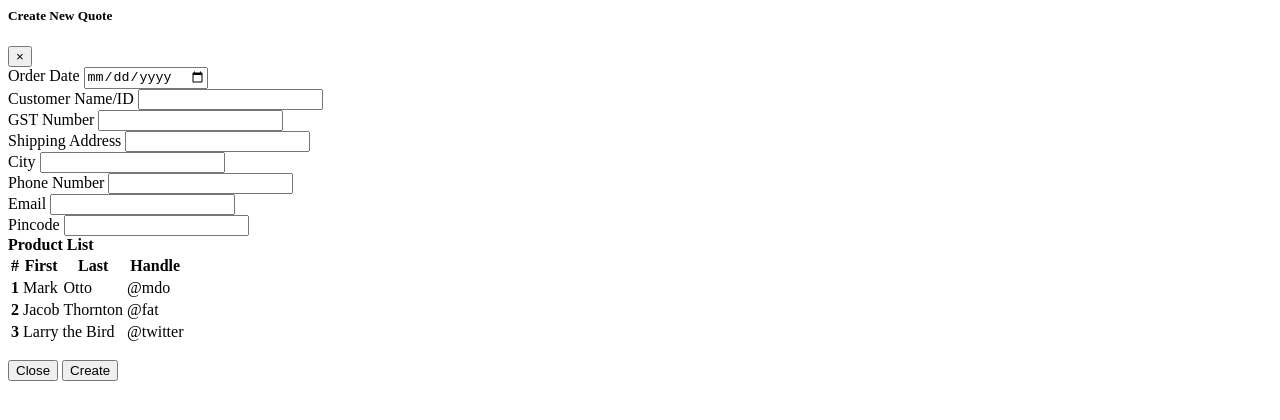
Repository: hrishibhattu/CodeFury-Internal-2
Page: ToYoDo/WebContent/WEB-INF/modal/quote.html
An editor plug-in stored every save of this project. The page is shown before and after the next save, followed by the edit.
The browser window is 1280 px wide. The pictures show the whole page.

Above is the page before, as saved 2021-09-19 06:48:53.

### ToYoDo/WebContent/WEB-INF/modal/quote.html
<!-- modal for creating new quote -->
<div class="modal fade" id="exampleModalCenter" tabindex="-1"
	role="dialog" aria-labelledby="exampleModalCenterTitle"
	aria-hidden="true">
	<div class="modal-dialog modal-dialog-centered modal-lg" role="document">
		<div class="modal-content">
			<div class="modal-header">
				<h5 class="modal-title" id="exampleModalLongTitle">Create New
					Quote</h5>
				<button type="button" class="close" data-dismiss="modal"
					aria-label="Close">
					<span aria-hidden="true">&times;</span>
				</button>
			</div>
			<div class="modal-body">

				<form>
					<div class="form-row">
						<div class="form-group col-md-4">
							<label for="orderdate">Order Date</label> <input type="date"
								class="form-control" id="inputEmail4">
						</div>
						<div class="form-group col-md-4">
							<label for="customerNameID">Customer Name/ID</label> <input type="text"
							class="form-control" id="inputAddress">
						</div>
						<div class="form-group col-md-4">
							<label for="gstNo">GST Number</label> <input type="text"
							class="form-control" id="inputAddress">
						</div>
					</div>
					<div class="form-row">
						<div class="form-group col-md-6">
							<label for="shippingAddress">Shipping Address</label> <input type="text"
							class="form-control" id="inputAddress">
						</div>
						<div class="form-group col-md-6">
							<label for="city">City</label> <input type="text"
							class="form-control" id="city">
						</div>
					</div>
					<div class="form-row">
						<div class="form-group col-md-4">
							<label for="phone">Phone Number</label> <input type="number"
							class="form-control" id="phone">
						</div>
						<div class="form-group col-md-6">
							<label for="email">Email</label> <input type="email"
							class="form-control" id="email">
						</div>
						<div class="form-group col-md-2">
							<label for="pincode">Pincode</label> <input type="number"
							class="form-control" id="pincode">
						</div>
					</div>
					<div class="container-fluid">
					    <div class="row">
					      <strong>Product List</strong>

					      <table class="table table-hover">
							  <thead>
							    <tr>
							      <th scope="col">#</th>
							      <th scope="col">First</th>
							      <th scope="col">Last</th>
							      <th scope="col">Handle</th>
							    </tr>
							  </thead>
							  <tbody>
							    <tr>
							      <th scope="row">1</th>
							      <td>Mark</td>
							      <td>Otto</td>
							      <td>@mdo</td>
							    </tr>
							    <tr>
							      <th scope="row">2</th>
							      <td>Jacob</td>
							      <td>Thornton</td>
							      <td>@fat</td>
							    </tr>
							    <tr>
							      <th scope="row">3</th>
							      <td colspan="2">Larry the Bird</td>
							      <td>@twitter</td>
							    </tr>
							  </tbody>
						</table>



					    </div>
					</div>
				</form>

			</div>
			<div class="modal-footer">
				<button type="button" class="btn btn-secondary" data-dismiss="modal">Close</button>
				<button type="button" class="btn btn-primary">Create</button>
			</div>
		</div>
	</div>
</div>

After the next save:
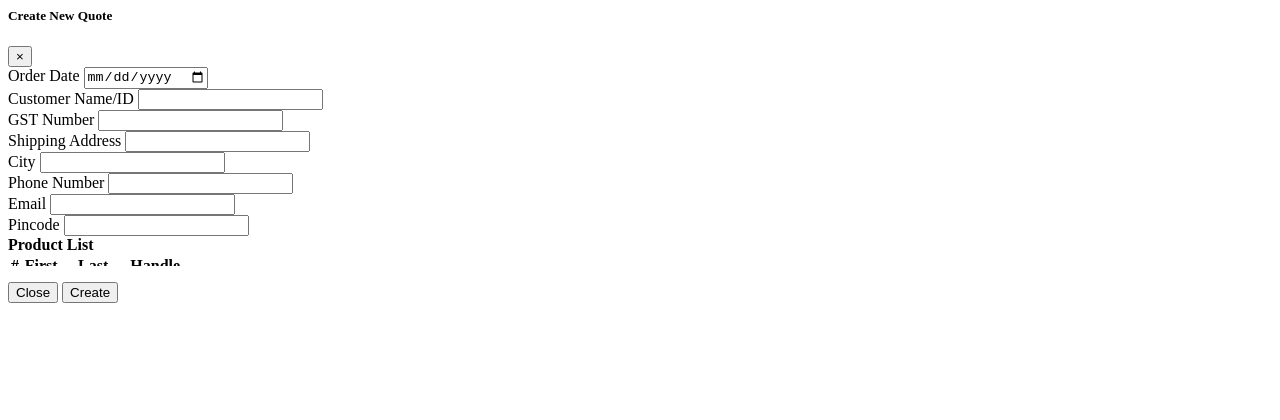
Saved 2 min 37 s later.
--- a/ToYoDo/WebContent/WEB-INF/modal/quote.html
+++ b/ToYoDo/WebContent/WEB-INF/modal/quote.html
@@ -53,7 +53,7 @@
 							class="form-control" id="pincode">
 						</div>
 					</div>
-					<div class="container-fluid">
+					<div class="container-fluid" style="height: 30px; overflow: scroll;">
 					    <div class="row">
 					      <strong>Product List</strong>
 
